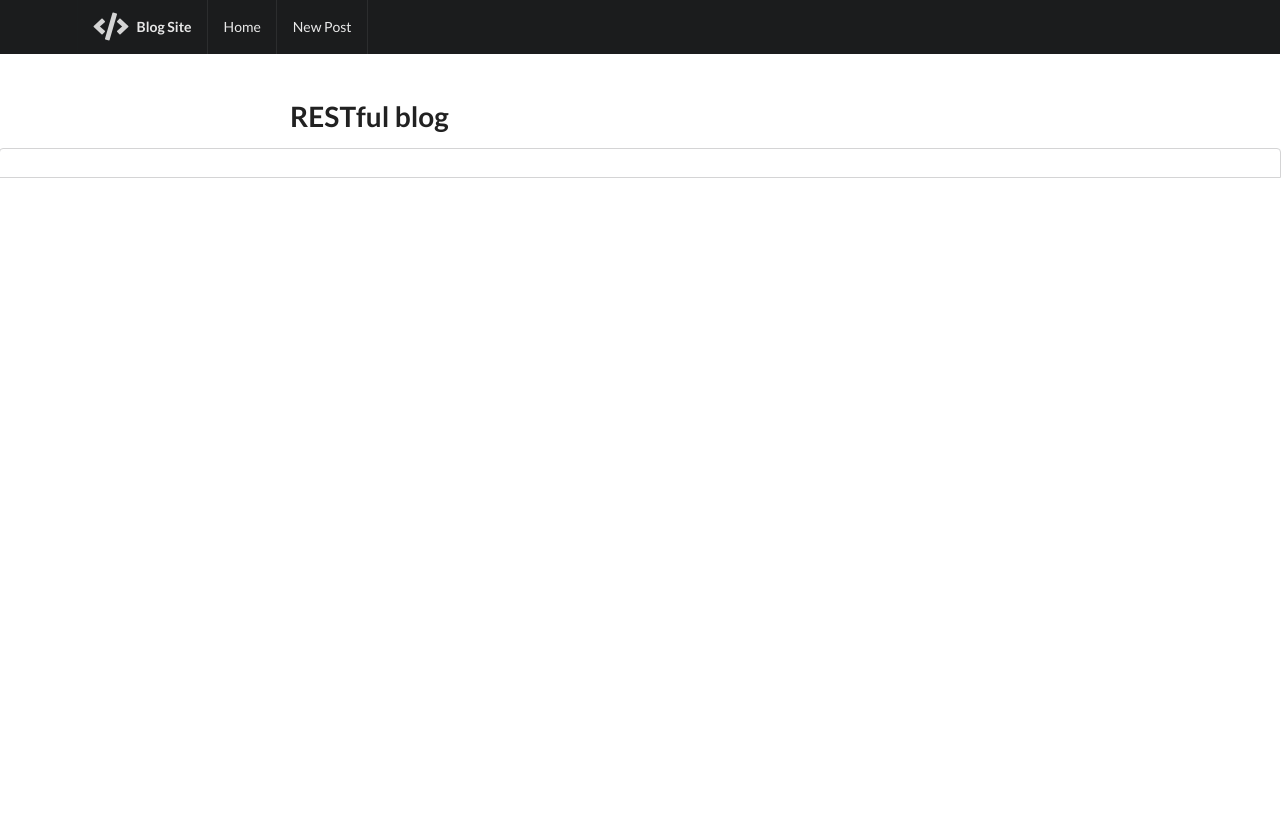
Repository: itsSYBruce/RuleVRacing-RESTful
Page: http://localhost/blogs
The author's editor kept a record of every edit. The page is drawn from the files as they stood at one moment, then again after the next edit.
The browser window is 1280 px wide. The page is 1281 px wide, then 1280 px, so the pictures cover 1281 px, including what lies to the right of the window. The pictures show the whole page.
Some web libraries are served in a nearby version. The page is served by the project's Node server (RESTful Routing/RESTfulBlogApp/app.js). Queries for data that is not in the repository find no rows.

Above is the page before.

After the next edit:
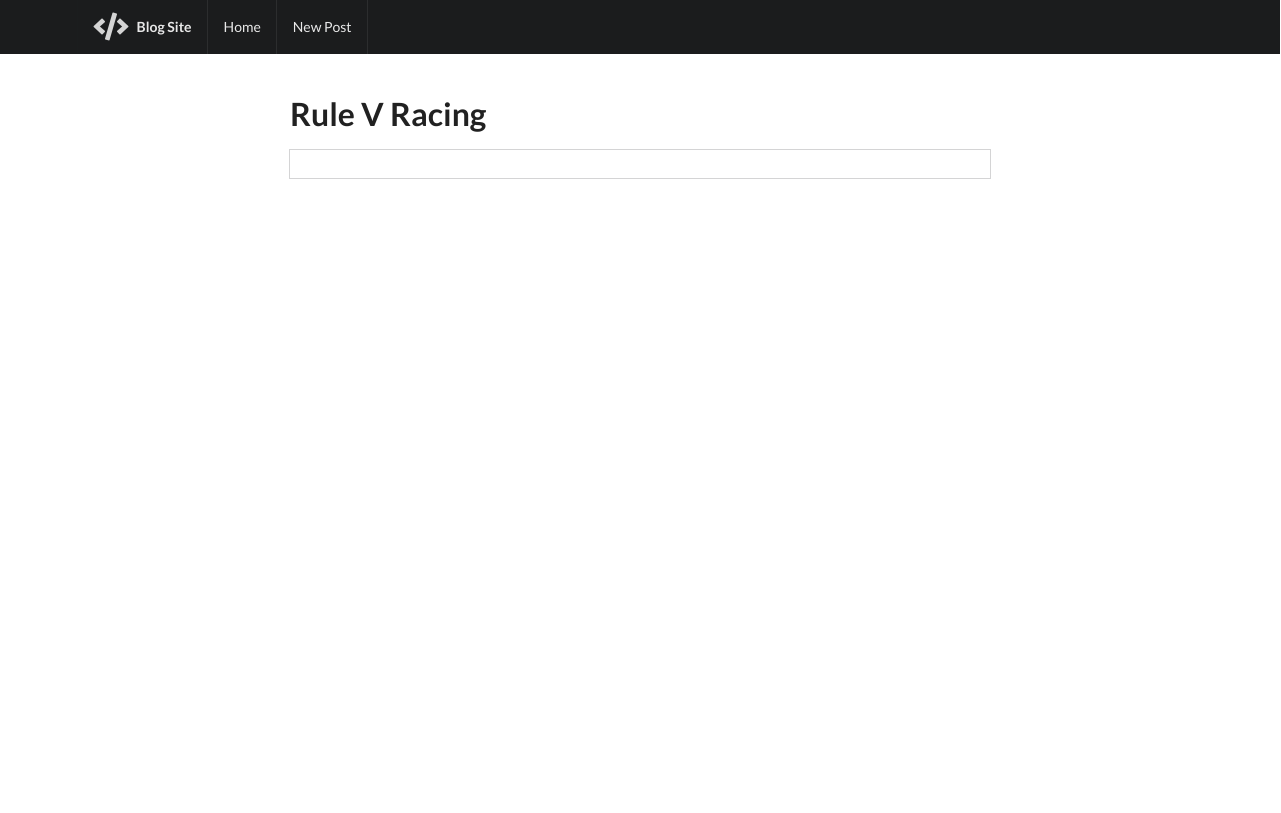
The edit:
--- a/RESTful Routing/RESTfulBlogApp/views/index.ejs
+++ b/RESTful Routing/RESTfulBlogApp/views/index.ejs
@@ -1,28 +1,27 @@
 <% include partials/header %>
-<div class = "ui main text container">
-    <divclass = "ui huge header">
-        <h1>RESTful blog</h1>
-    </div>
-    <div class = "ui top attached segment">
-        <div class = "ui divided items">
-            <% blogs.forEach(function(blog) { %>
-                <div class = "item">
-                    <div class = "image">
-                        <img src = "<%= blog.image %>" >
+<div class="ui main text container">
+    <div class="ui huge header">Rule V Racing</div>
+    <div class="ui top  attached segment">
+        <div class="ui divided items">
+            <% blogs.forEach(function(blog){ %>
+                <div class="item">
+                    <div class="image">
+                        <img src="<%= blog.image %>" >
                     </div>
-                    <div class = "content">
-                        <a class = "header" href = "/blogs/<%= blog.id%>"><%= blog.title %></a>
-                    </div>
-                    <div class = "meta">
-                        <span>
-                            <%= blog.created.toDateString() %>
-                        </span>
-                    </div>
-                    <div class = "description">
-                        <p><%- blog.body.substring(0,100) %>...</p>
-                    </div>
-                    <div class = "extra">
-                        <a class = "ui floated basic violet button" href = "/blogs/<%= blog.id%>">READ MORE <i class = "right chevron icon"></i></a>
+                    <div class="content">
+                         <a class="header" href="/blogs/<%= blog._id %>"><%=blog.title%></a>
+                         <div class="meta">
+                             <span><%= blog.created.toDateString() %></span>
+                         </div>
+                         <div class="description">
+                             <p><%- blog.body.substring(0, 100) %>...</p>
+                         </div>
+                         <div class="extra">
+                             <a class="ui floated basic violet button" href="/blogs/<%= blog._id %>">
+                                 Read More
+                                 <i class="right chevron icon"></i>
+                             </a>
+                         </div>
                     </div>
                 </div>
             <% }) %>
